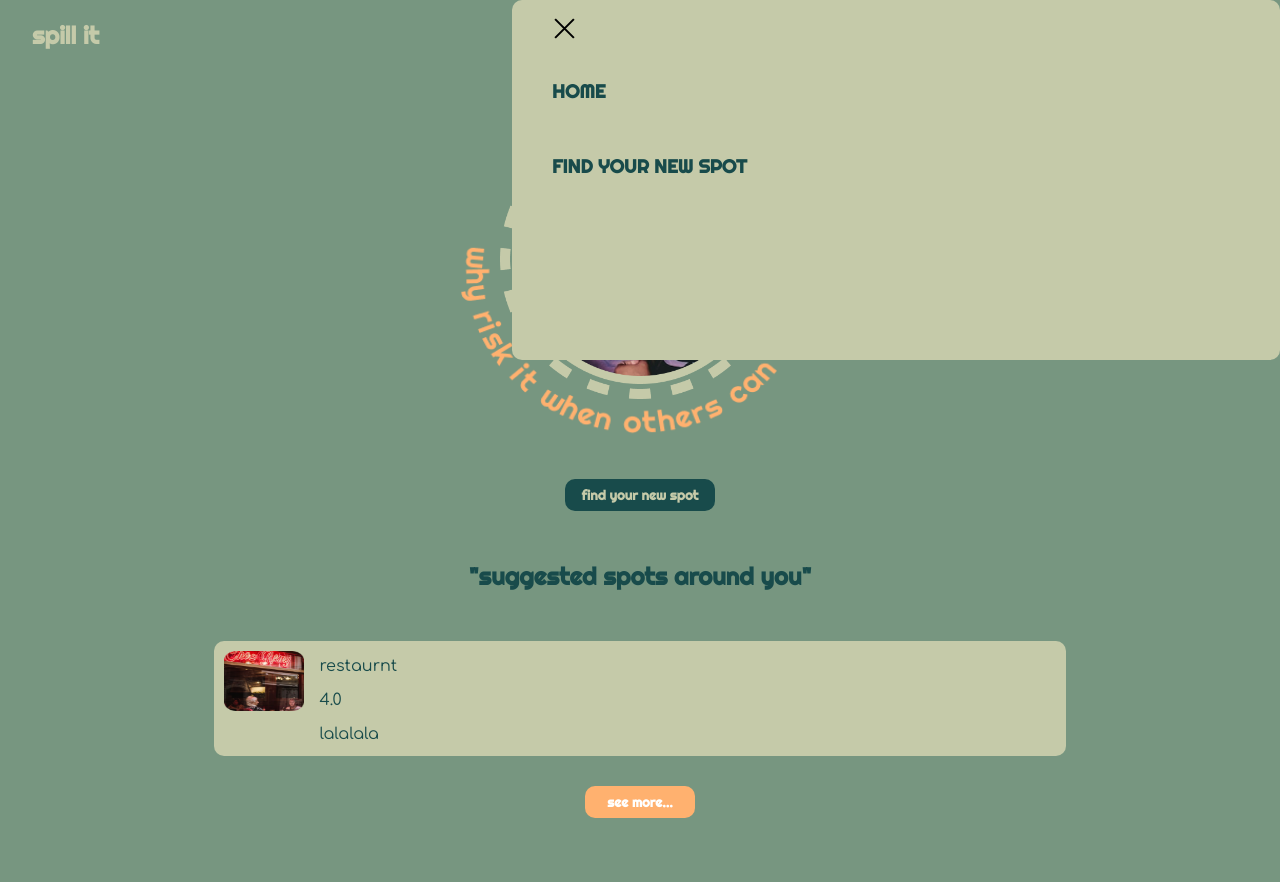
Repository: shaelorch/spillit
Page: /
An editor plug-in stored every save of this project. The page is shown before and after a run of saves, followed by the edit.
The browser window is 1280 px wide. The pictures show the whole page.
The project was rebuilt for these pictures with package versions that can differ from the ones it lists, and the page was loaded fresh each time. The framework's server and built-in components were replaced by stand-ins that run in the browser. Also part of the build but not shown: next.config.js.

Above is the page before, as saved 2023-02-10 14:37:37.

After the next 2 saves:
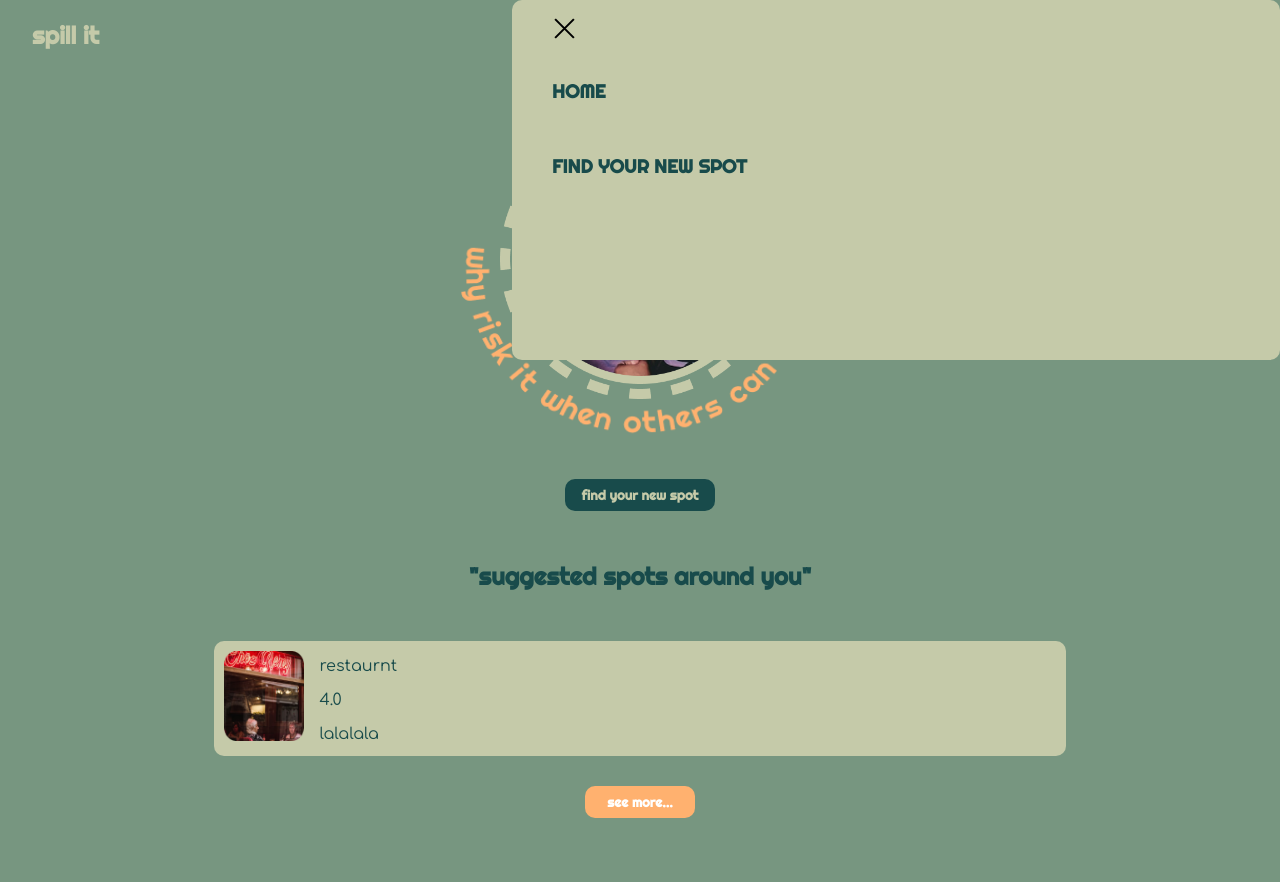
The 2 saves are shown as one change because they came seconds apart.
The last was saved 8 s later.
--- a/components/reviewCard.js
+++ b/components/reviewCard.js
@@ -10,7 +10,7 @@
     return (<div style={{display:'flex', width:"70%", height:115, backgroundColor:'#C5CAA9',  borderRadius:10}}>
 
         <div style={{display:'flex', flexDirection:'row'}}>
-            <img  style={{display:'flex', width:80, height:60, marginTop:10, marginLeft:10}} src="place.png"/>
+            <img  style={{display:'flex', width:80, height:90, marginTop:10, marginLeft:10}} src="place.png"/>
             <div style={{paddingLeft:15, color:'#184B4B'}}>
                 <p>{name}</p>
                 <p>{rating}</p>
